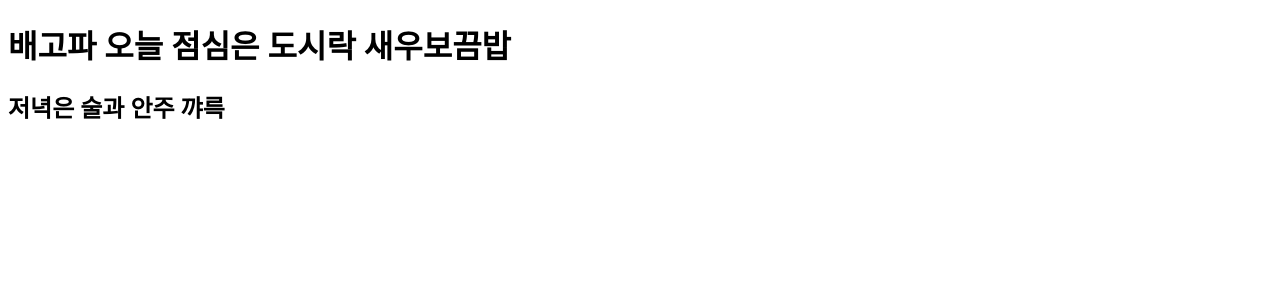
Repository: shashak23/spring_workspace
Page: springweb/src/main/webapp/resources/sample01/testController08.html
An editor plug-in stored every save of this project. The page is shown before and after the next save, followed by the edit.
The browser window is 1280 px wide. The pictures show the whole page.

Above is the page before, as saved 2023-02-24 05:02:45.

After the next save:
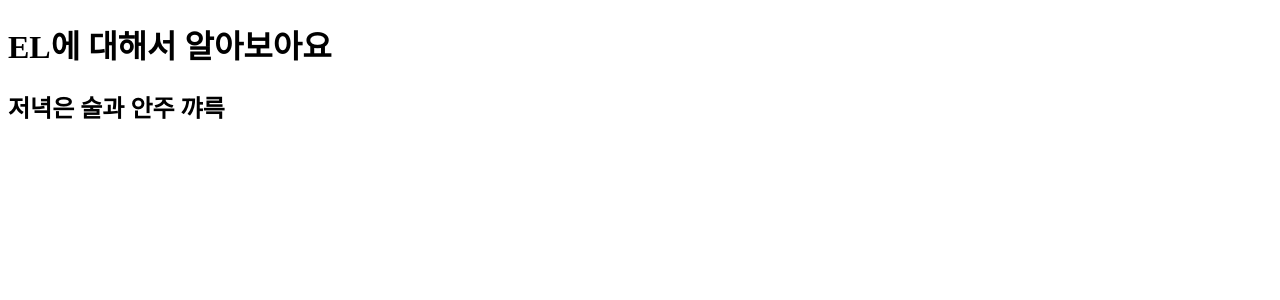
Saved 9 s later.
--- a/springweb/src/main/webapp/resources/sample01/testController08.html
+++ b/springweb/src/main/webapp/resources/sample01/testController08.html
@@ -5,7 +5,7 @@
 <title>Insert title here</title>
 </head>
 <body>
-	<h1>배고파 오늘 점심은 도시락 새우보끔밥</h1>
+	<h1>EL에 대해서 알아보아요</h1>
 		<h2>저녁은 술과 안주 꺄륵</h2>
 </body>
 </html>
